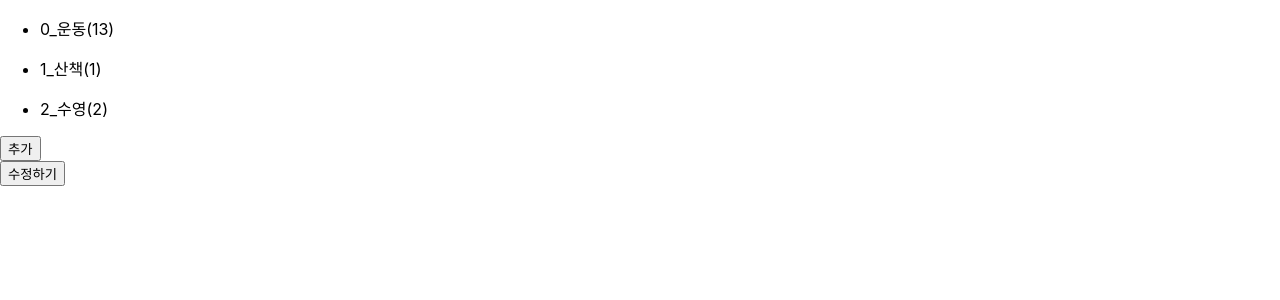
Repository: 0gunkim/REACT-TODO-PRAC
Page: / (app in todo/)
An editor plug-in stored every save of this project. The page is shown before and after the next save, followed by the edit.
The browser window is 1280 px wide. The pictures show the whole page.
The project was rebuilt for these pictures with package versions that can differ from the ones it lists, and the page was loaded fresh each time.

Above is the page before, as saved 2023-01-04 15:01:43.

After the next save:
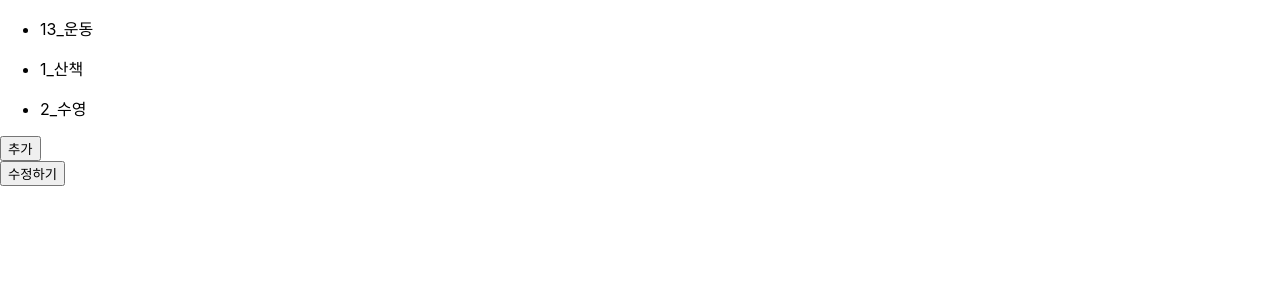
Saved 68 s later.
--- a/todo/src/pages/TodoList.jsx
+++ b/todo/src/pages/TodoList.jsx
@@ -13,13 +13,13 @@ export default function TodoList() {
                 return(
                 <div key={list.id}>
                     <ul>
-                        <li>{index}_{list.title}({list.time})</li>
+                        <li>{list.time}_{list.title}</li>
                     </ul>
                 </div>
 
                 )})}
-                <AddButton todo={todo} setTodo={setTodo} />
-                <EditButton todo={todo} setTodo={setTodo} />
+                <AddButton todo={todo}  setTodo={setTodo} />
+                <EditButton todo={todo}  setTodo={setTodo} />
         </div>
     );
 }
